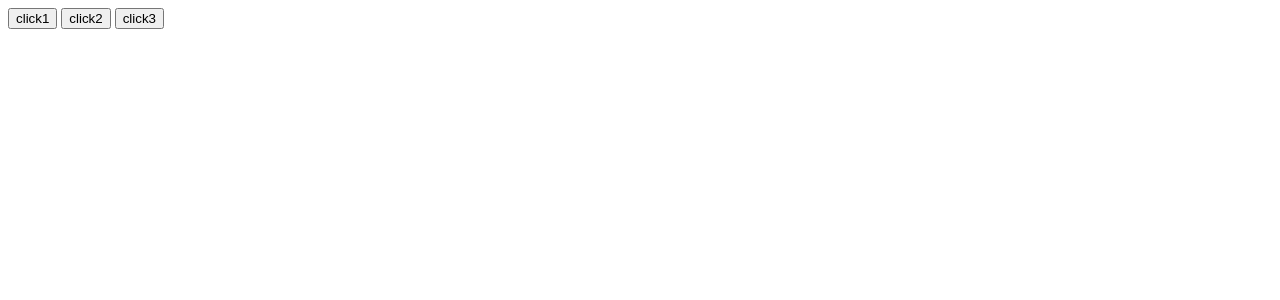
Repository: hong-bi/JsonStudy
Page: JsonApp01/WebContent/JsonTest11.html
The author's editor kept a copy of each file at every save. The page is drawn from the files as they stood at one save, then again after the next save.
The browser window is 1280 px wide. The pictures show the whole page.

Above is the page before, as saved 2019-06-03 00:07:50.

After the next save:
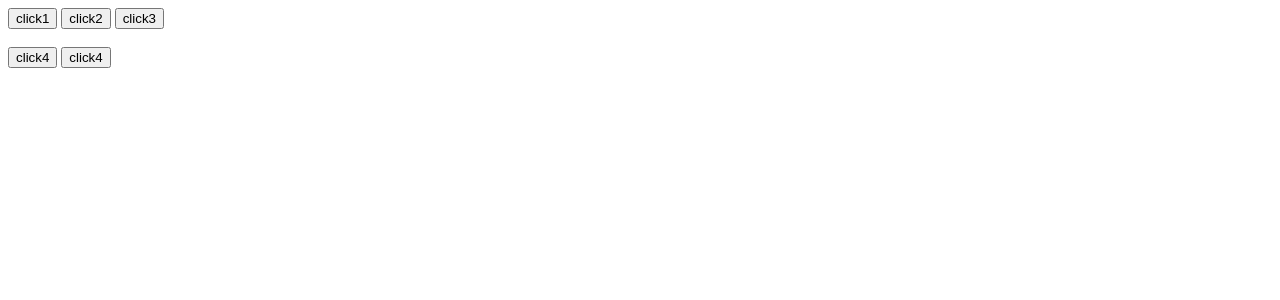
Saved 41 s later.
--- a/JsonApp01/WebContent/JsonTest11.html
+++ b/JsonApp01/WebContent/JsonTest11.html
@@ -23,4 +23,9 @@
 	<input type="button" value="click2" onclick="alert(typeof obj7.test)">
 
 	<input type="button" value="click3" onclick="alert(typeof obj7.exam)">
+
+	<br><br>
+
+	<input type="button" value="click4" onclick="alert(obj7.test[0])">
+	<input type="button" value="click4" onclick="alert(obj7.test[1])">
 </form>
